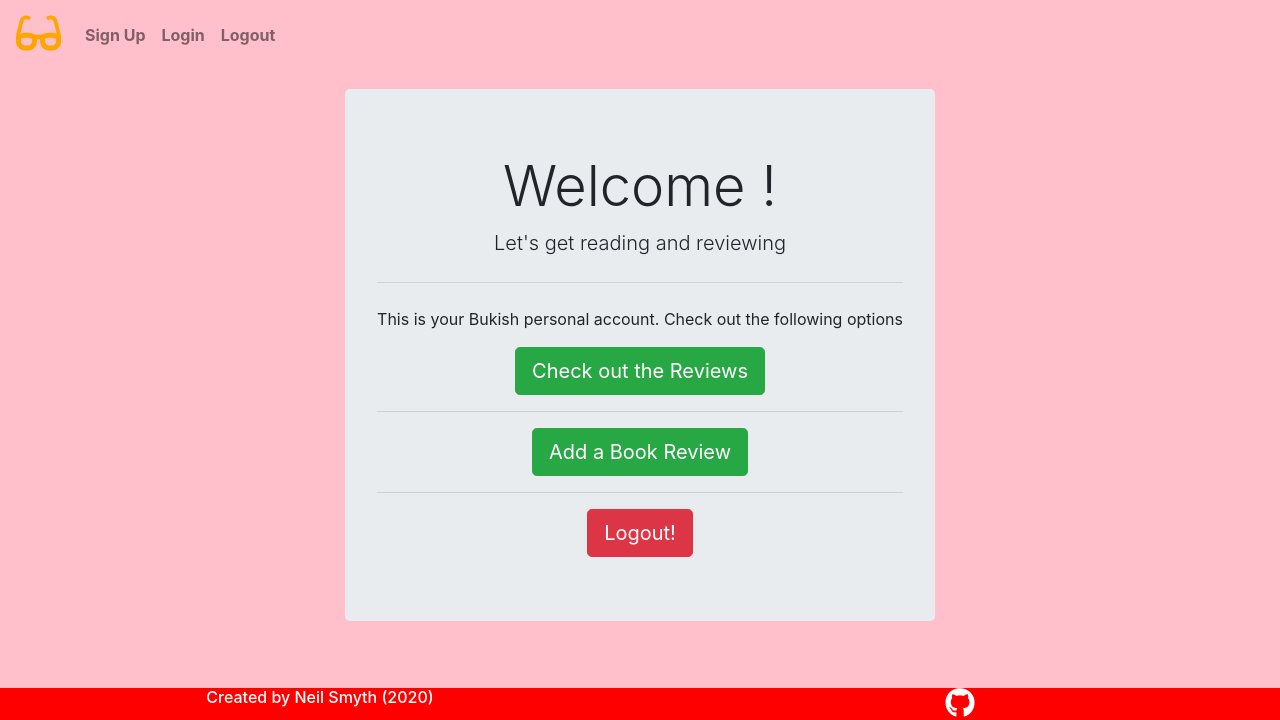
Repository: NeiloErnesto89/Data_Centric_Dev_Milestone_Project3
Page: templates/bio.html
The author's editor kept a record of every edit. The page is drawn from the files as they stood at one moment, then again after the next edit.
The browser window is 1280 px wide. The pictures show the whole page.
Some web libraries are served in a nearby version. The template is drawn by Flask 3. The application's start-up code is not run. Other server files are loaded and not shown. The template is opened directly, without the code that normally fills it, so the values that code supplies are empty.

Above is the page before.

### templates/bio.html
<!DOCTYPE html>
<html>

<head>
</head>

<body>
    {% extends 'base.html' %} {% block content %}
    <div class="container-fluid">
        <div class="row justify-content-center">
            <div class="jumbotron text-center mt-3">
                <h1 class="display-4">Welcome {{ user.username }} !</h1>
                <p class="lead">
                    Let's get reading and reviewing
                </p>
                <hr class="my-4">
                <p>This is your Bukish personal account. Check out the following options</p>
                <div class="text-center">
                    <a class="btn btn-success btn-lg" href="{{ url_for('get_reviews') }}" role="button">Check out the Reviews </a>
                </div>
                <hr>
                <div class="text-center">
                    <a class="btn btn-success btn-lg" href="{{ url_for('review_page') }}" role="button">Add a Book Review </a>
                </div>
                <hr>
                <div class="text-center">
                    <a class="btn btn-danger btn-lg" href="{{ url_for('logout') }}" role="button">Logout! </a>
                </div>
            </div>

        </div>
    </div>
    {% endblock %}
</body>

</html>

### templates/base.html
<!DOCTYPE html>
<html lang="en">

<head>
    <meta charset="UTF-8">
    <meta name="viewport" content="width=device-width, initial-scale=1.0">
    <meta http-equiv="X-UA-Compatible" content="ie=edge">

    <title>Book Reviews</title>

    <!-- Bootstrap -->
    <link rel="stylesheet" href="https://stackpath.bootstrapcdn.com/bootstrap/4.3.1/css/bootstrap.min.css" integrity="sha384-ggOyR0iXCbMQv3Xipma34MD+dH/1fQ784/j6cY/iJTQUOhcWr7x9JvoRxT2MZw1T" crossorigin="anonymous">

    <!-- Google Font-->

    <link href="https://fonts.googleapis.com/css?family=Montserrat:400,700" rel="stylesheet">

    <!-- Font Awesome-->

    <link rel="stylesheet" href="https://use.fontawesome.com/releases/v5.7.2/css/all.css" integrity="sha384-fnmOCqbTlWIlj8LyTjo7mOUStjsKC4pOpQbqyi7RrhN7udi9RwhKkMHpvLbHG9Sr" crossorigin="anonymous">

    <link rel="stylesheet" href="https://cdnjs.cloudflare.com/ajax/libs/font-awesome/4.7.0/css/font-awesome.min.css">

    <!-- CSS -->

    <link rel="stylesheet" href="{{url_for('static', filename='css/style.css')}}" type="text/css" />


</head>

<body>

    <header>
        <!--NavBar with Burger Icon-->

        <nav class="navbar navbar-expand-lg navbar-light mb-1 text-center">
            <a class="navbar-brand" data-target="#popUpModal" data-toggle="modal"><i class="fas fa-glasses" style="font-size:40px;color:orange;"></i></a>
            <button class="navbar-toggler" type="button" data-toggle="collapse" data-target="#navbarTogglerDemo02" aria-controls="navbarTogglerDemo02" aria-expanded="false" aria-label="Toggle navigation">
                            <span class="navbar-toggler-icon"></span>
                          </button>
            <div class="collapse navbar-collapse" id="navbarTogglerDemo02">
                <ul class="navbar-nav mr-auto mt-0 mt-lg-0">

                    <li class="nav-item">
                        <a class="nav-link" href="{{ url_for('signup') }}"><b>Sign Up</b></a>
                    </li>
                    <li class="nav-item">
                        <a class="nav-link" href="{{ url_for('login') }}"><b>Login</b></a>
                    </li>
                    <li class="nav-item">
                        <a class="nav-link" href="{{ url_for('logout') }}"><b>Logout</b></a>
                    </li>


                </ul>
            </div>
        </nav>

    </header>

    <div class="container-fluid">

        {% block content %} {% endblock %}
    </div>

        <!--FOOTER -->

        <div class="footer container-fluid">
            <div class="row justify-content-center">
                <div class="text-center col-xs-12 col-sm-6">

                    <h6>Created by Neil Smyth (2020)</h6>

                </div>
                <div class="text-center col-xs-12 col-sm-6">

                    <a href="https://github.com/NeiloErnesto89" target="_blank "><i class="fab fa-github" style="font-size:30px; color:white; "></i></a>

                </div>
         </div>
        </div> <!-- footer container-->




    <!-- JQuery -->
    <script src="https://cdnjs.cloudflare.com/ajax/libs/jquery/3.2.1/jquery.min.js"></script>

    <!-- Bootstrap JS-->

    <script src="https://code.jquery.com/jquery-3.3.1.slim.min.js" integrity="sha384-q8i/X+965DzO0rT7abK41JStQIAqVgRVzpbzo5smXKp4YfRvH+8abtTE1Pi6jizo" crossorigin="anonymous"></script>
    <script src="https://cdnjs.cloudflare.com/ajax/libs/popper.js/1.14.7/umd/popper.min.js" integrity="sha384-UO2eT0CpHqdSJQ6hJty5KVphtPhzWj9WO1clHTMGa3JDZwrnQq4sF86dIHNDz0W1" crossorigin="anonymous"></script>
    <script src="https://stackpath.bootstrapcdn.com/bootstrap/4.3.1/js/bootstrap.min.js" integrity="sha384-JjSmVgyd0p3pXB1rRibZUAYoIIy6OrQ6VrjIEaFf/nJGzIxFDsf4x0xIM+B07jRM" crossorigin="anonymous"></script>



    <!--  <script type="text/javascript">
        $(document).ready(function() {
            $('.collapsible').collapsible();
        });
    </script>  -->
</body>

</html>

### static/css/style.css
body {
  background-color: pink;
}


/* Paginate Button on All Reviews.html (taken from w3 schools*/

.paginate {
  display: inline-block;
}

.paginate a {
  color: black;
  float: left;
  padding: 8px 16px;
  text-decoration: none;
  margin: 15px;
}

.paginate a.active {
  background-color: #4CAF50;
  color: white;
  border-radius: 5px;
}

.paginate a:hover:not(.active) {
  background-color: #ddd;
  border-radius: 5px;
}

/* all_reviews.html - book review cards*/

.card {
  margin: 5px;
  border: 8px solid rgb(5, 187, 5);
  border-radius: 3rem;
}

.footer {
   position: fixed;
   left: 0;
   bottom: 0;
   width: 100%;
   background-color: red;
   color: white;
   text-align: center;
}

After the next edit:
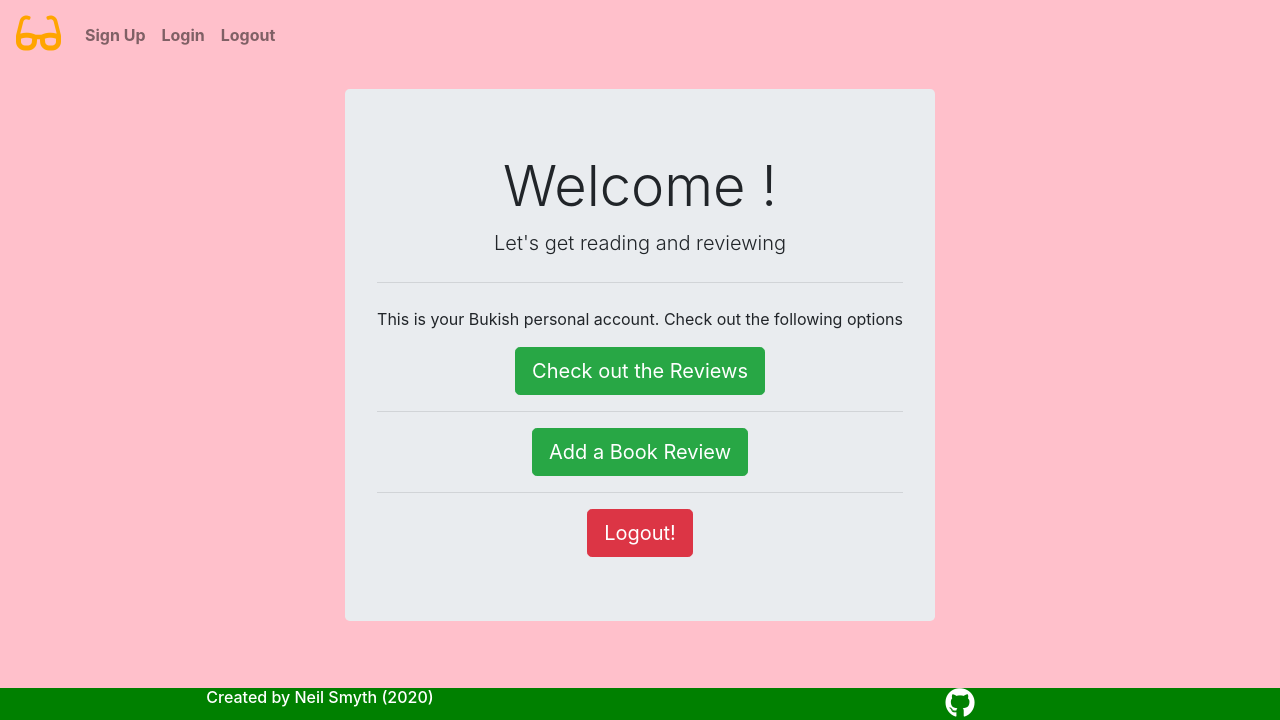
The edit:
--- a/static/css/style.css
+++ b/static/css/style.css
@@ -41,7 +41,7 @@
    left: 0;
    bottom: 0;
    width: 100%;
-   background-color: red;
+   background-color: green;
    color: white;
    text-align: center;
 }
